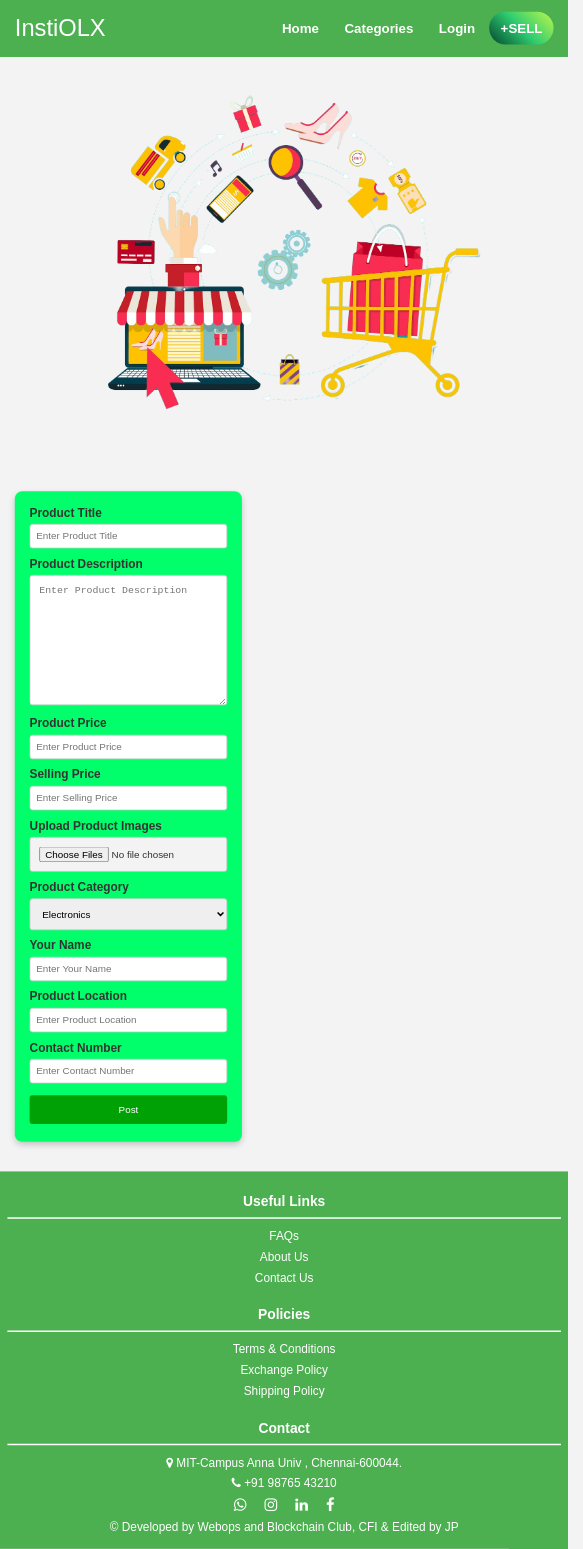
Repository: John-Prabu-A/web-dev-summer-school
Page: Session_1_Assignment/sell.html
The author's editor kept a copy of each file at every save. The page is drawn from the files as they stood at one save, then again after the next save.
The browser window is 768 px wide. The page is 768 px wide, then 788 px, so the pictures cover 788 px, including what lies to the right of the window. The pictures show the whole page, at 74% of full size.

Above is the page before, as saved 2024-06-20 16:00:00.

After the next save:
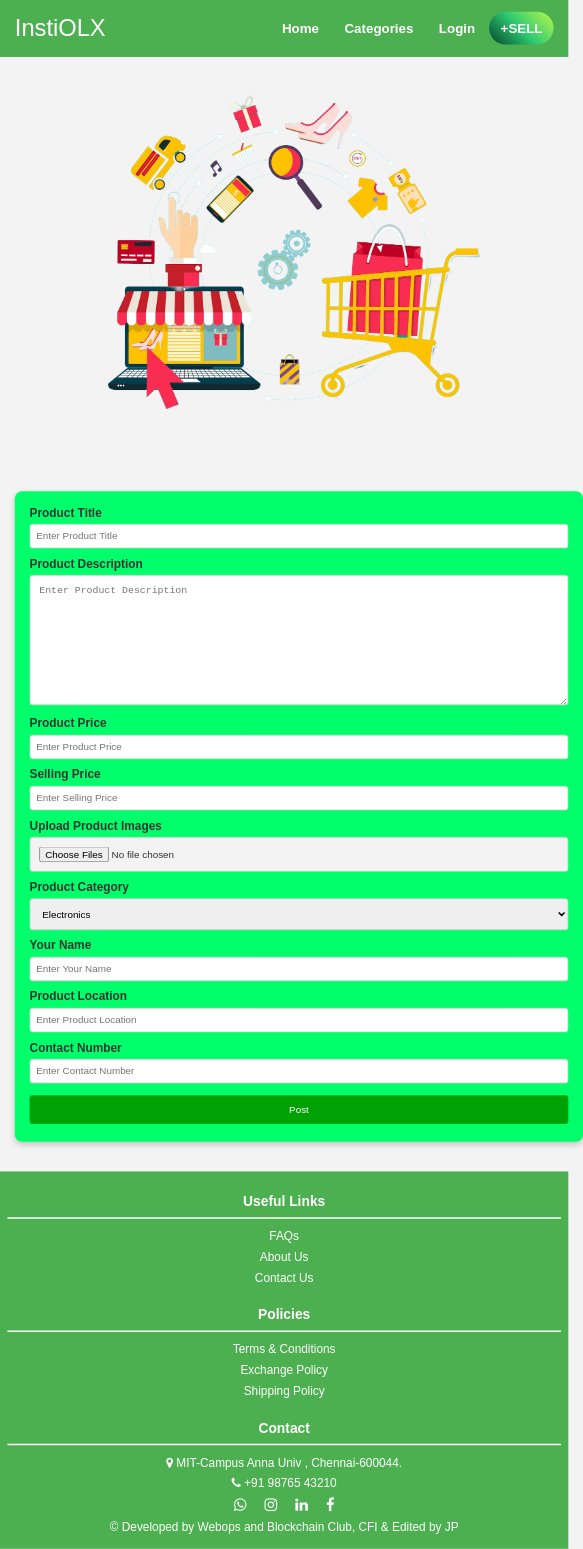
Saved 56 s later.
--- a/Session_1_Assignment/sell.html
+++ b/Session_1_Assignment/sell.html
@@ -118,7 +118,7 @@
         position: relative;
     }
 
-    .contaioner {
+    .container {
         width: 100% !important;
     }
 
